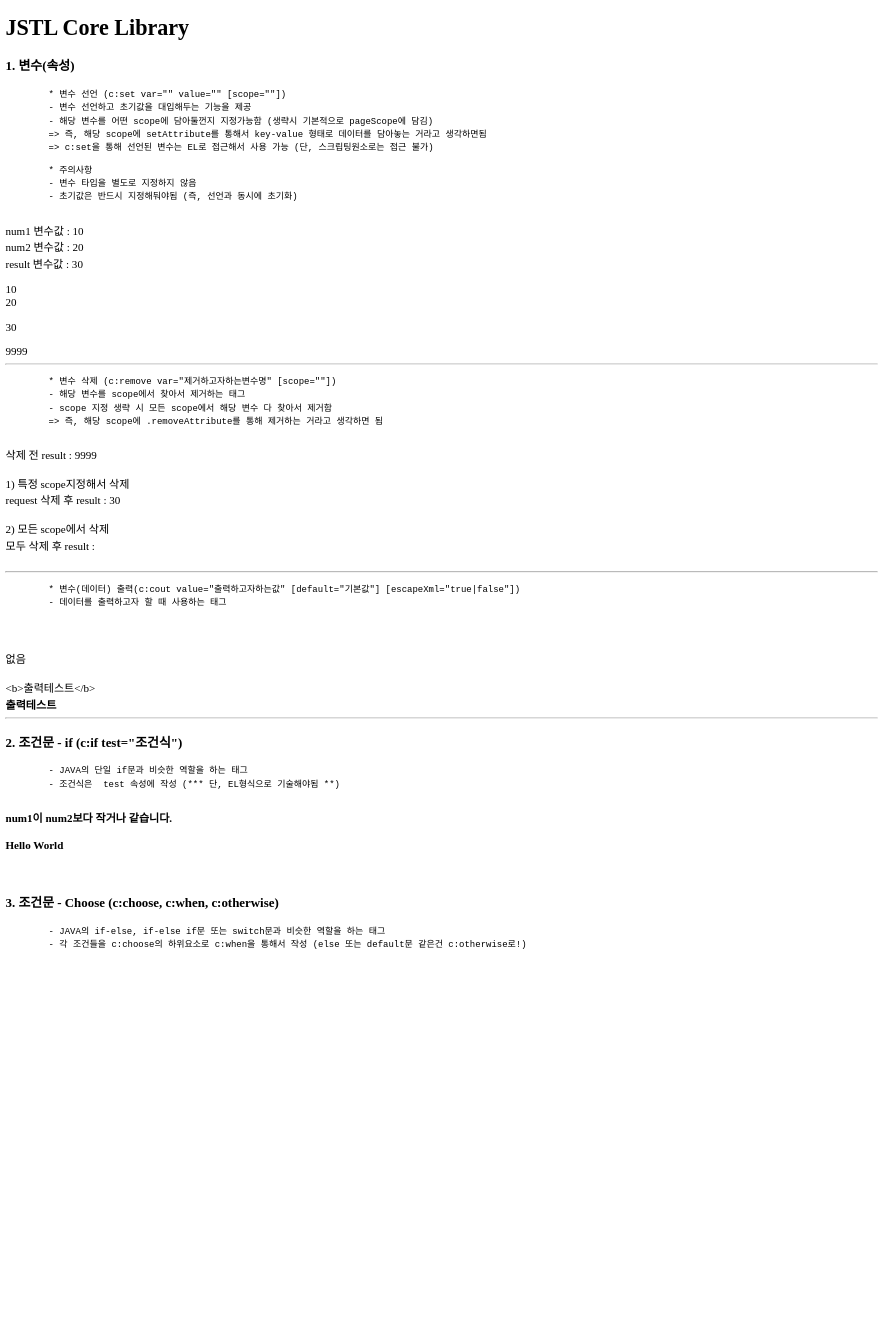
Repository: Young-27/DailyStudy
Page: http://localhost/actionProject/views/3_customAction/01_core.jsp
These files come from the project's save history. The page is drawn as it stood at one moment and after the next save; the edit follows.
The browser window is 1280 px wide. The pictures show the whole page, at 69% of full size.
The page is served by Tomcat 9.

Above is the page before, as saved 2021-06-17 09:09:31.

After the next save:
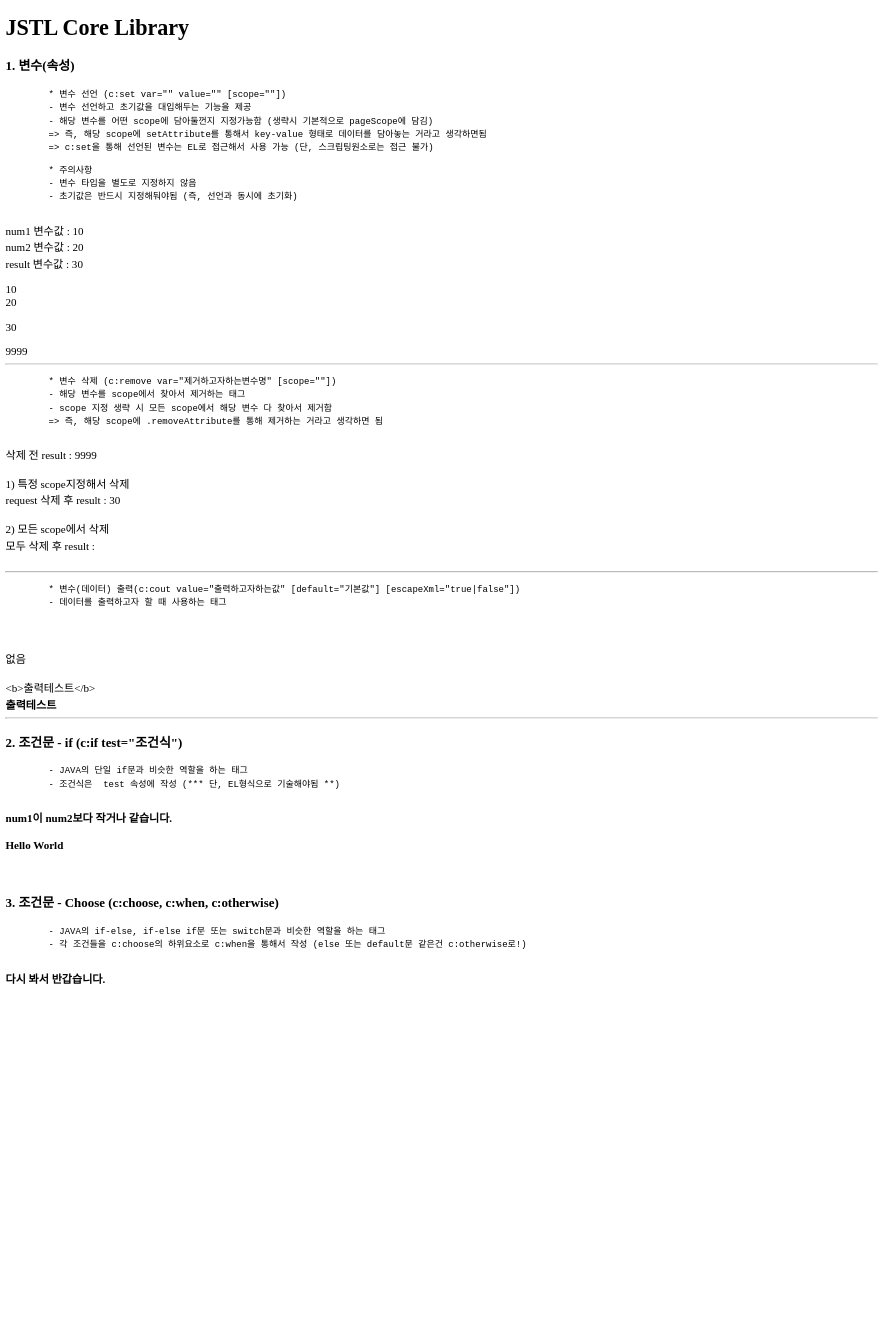
Saved 88 s later.
--- a/Server/web-workspace2/actionProject/WebContent/views/3_customAction/01_core.jsp
+++ b/Server/web-workspace2/actionProject/WebContent/views/3_customAction/01_core.jsp
@@ -143,10 +143,17 @@
 	--%>
 
 	<c:choose>
-		<c:when test="${ num1 == 20 }">
-
+		<c:when test="${ num1 eq 20 }">
+			<b>처음 뵙겠습니다.</b>
+		</c:when>
+		<c:when test="${ num1 eq 10 }">
+			<b>다시 봐서 반갑습니다.</b>
 		</c:when>
 	</c:choose>
+
+
+
+
 
 
 
@@ -155,13 +162,5 @@
 
 
 
-
-
-
-
-
-
-
-
 </body>
 </html>
